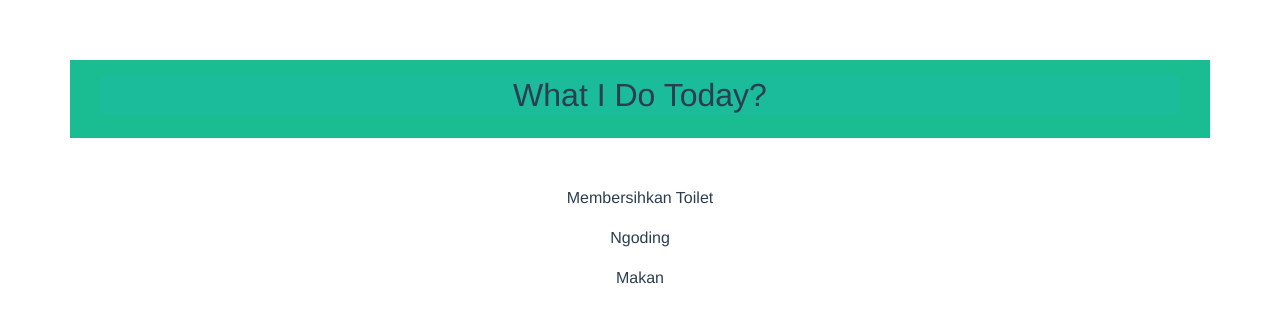
Repository: AdiPrimanto/praxis-academy
Page: / (app in novice/03-05/todolist/)
The author's editor kept a copy of each file at every save. The page is drawn from the files as they stood at one save, then again after the next save.
The browser window is 1280 px wide. The pictures show the whole page.
The project was rebuilt for these pictures with package versions that can differ from the ones it lists, and the page was loaded fresh each time.

Above is the page before, as saved 2019-11-29 14:22:28.

### novice/03-05/todolist/src/App.vue
<template>
  <div id="app">
    <div class="container">
      <div class="row header mb-5 p-3">
        <div class="col-12">
          <h2>What I Do Today? </h2>
        </div>
      </div>
      <div class="row content">
        <div class="col-12">
          <div class="pekerjaan-rumah">
            <div v-for="tugasSaya in tugas" v-bind:key="tugasSaya.id" class="tugas">
              <p>{{tugasSaya.nama}}</p>
            </div>
          </div>
        </div>
      </div>
    </div>


  </div>
</template>

<script>
  import 'bootstrap/dist/css/bootstrap.css'

  export default {
    name: 'app',
    //membuat data json
    //v-for dilakukan jk memiliki array di dalam data:
    data: function () {
      return {
        tugas: [{
            id: 1,
            nama: 'Membersihkan Toilet',
            isDone: false
          },
          {
            id: 2,
            nama: 'Ngoding',
            isDone: false
          },
          {
            id: 3,
            nama: 'Makan',
            isDone: false
          }
        ]
      };
    },
    components: {

    }
  }
</script>

<style>
  #app {
    font-family: 'Avenir', Helvetica, Arial, sans-serif;
    -webkit-font-smoothing: antialiased;
    -moz-osx-font-smoothing: grayscale;
    text-align: center;
    color: #2c3e50;
    margin-top: 60px;
  }
  .header{
    background: #1abc91;
  }
  .header h2{
    background: #1abc9c;
  }
</style>

Loaded but not shown: novice/03-05/todolist/public/index.html (common file); novice/03-05/todolist/src/main.js (common file)

After the next save:
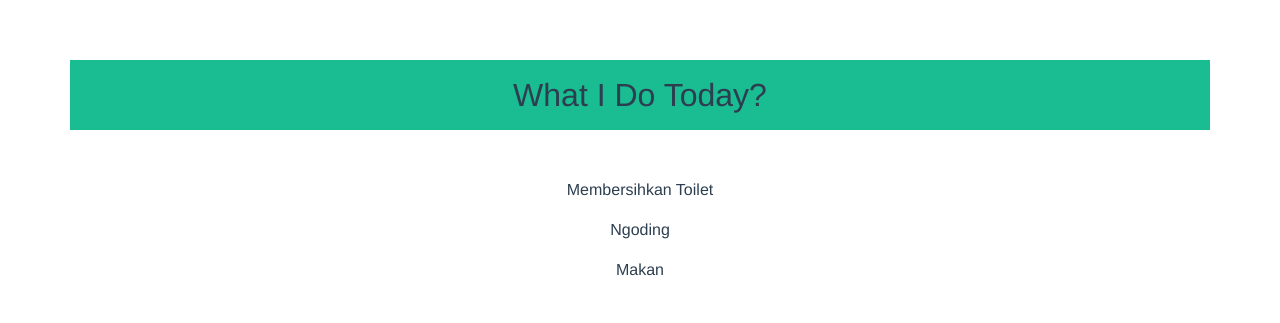
Saved 5 min 4 s later.
--- a/novice/03-05/todolist/src/App.vue
+++ b/novice/03-05/todolist/src/App.vue
@@ -67,6 +67,6 @@
     background: #1abc91;
   }
   .header h2{
-    background: #1abc9c;
+    margin: 0;
   }
 </style>
